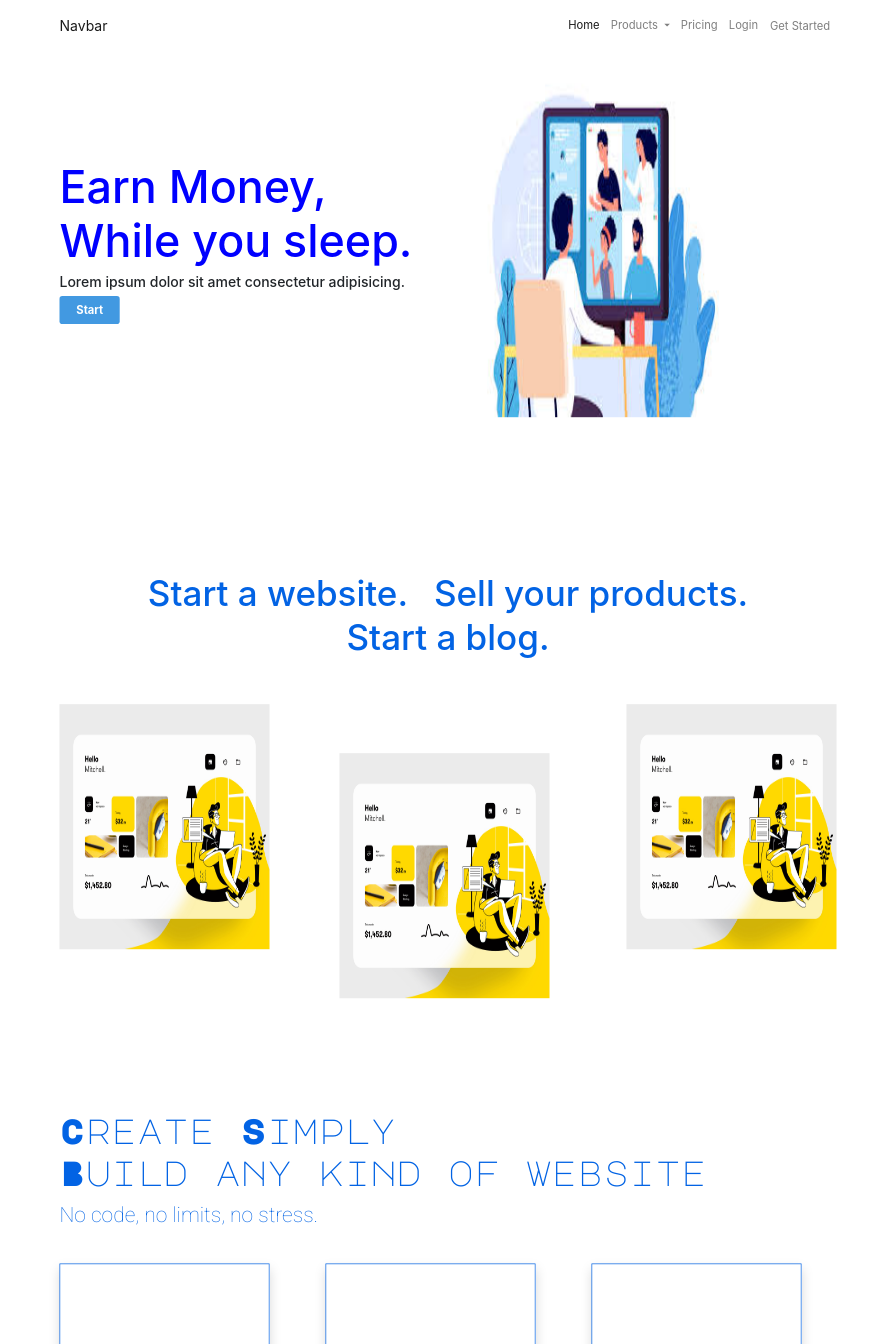
Repository: latenightsnacc/Static-Web-Projects
Page: Dunno Yet/index.html
The author's editor kept a copy of each file at every save. The page is drawn from the files as they stood at one save, then again after the next save.
The browser window is 1280 px wide. The pictures show the part of the page from y = 0 to 1920 px (the page is 4769 px tall), at 70% of full size.
The style sheet was rebuilt from its Sass, Less or Tailwind sources for each picture, by a compiler version that may differ from the author's.

Above is the page before, as saved 2020-11-11 11:29:30.

After the next save:
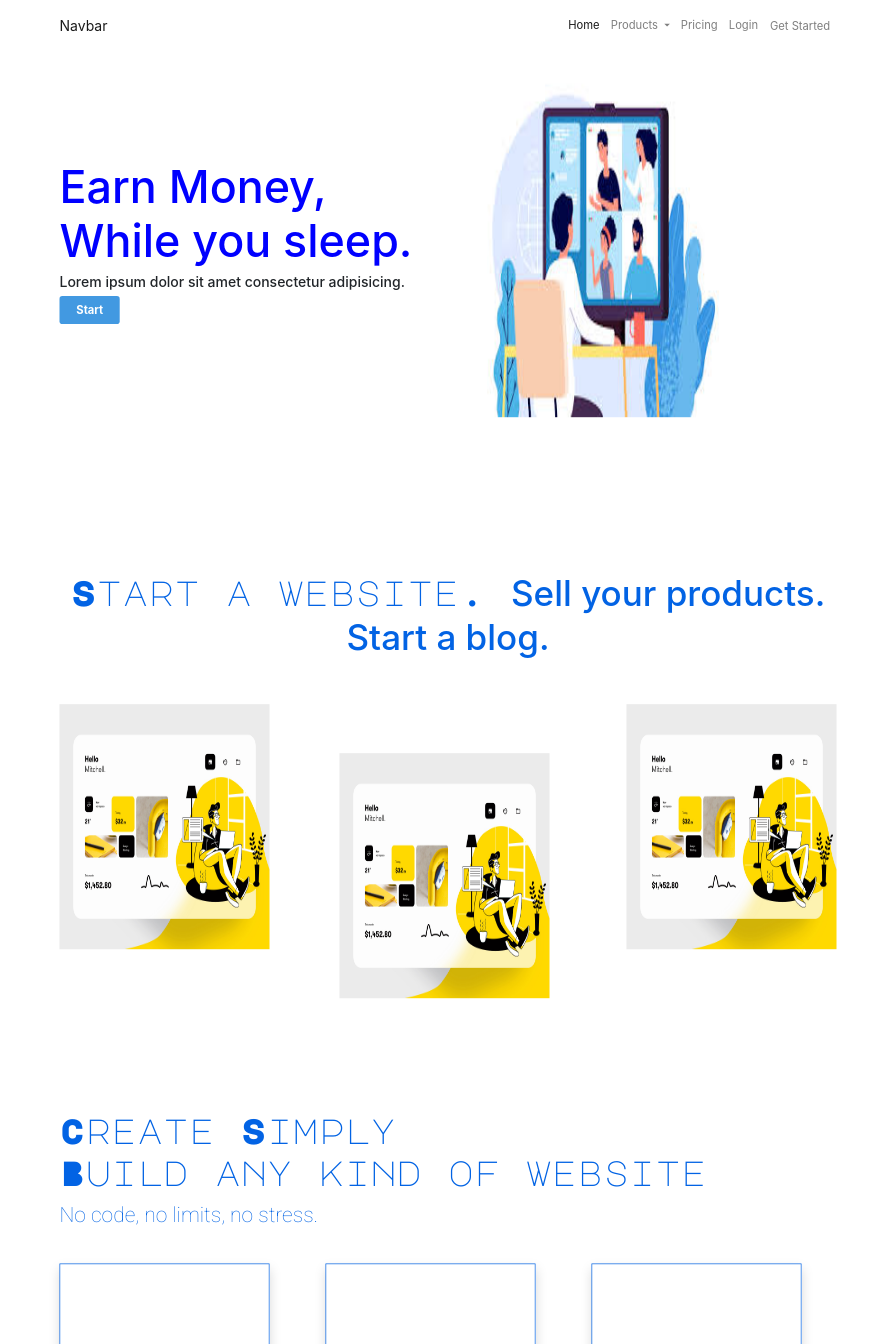
Saved 61 s later.
--- a/Dunno Yet/index.html
+++ b/Dunno Yet/index.html
@@ -88,7 +88,7 @@
         <div class="container">
             <div class="absolute-box">
                 <div class="title-box text-center mb-5">
-                    <h2 class="section-title pb-5"><span class="">Start a website.</span> <span class="color">Sell your products.</span><br/><span class="hi">Start a blog.</span> </h2>
+                    <h2 class="section-title pb-5"><span class="section-title">Start a website.</span> <span class="color">Sell your products.</span><br/><span class="hi">Start a blog.</span> </h2>
                 </div>
                 <div class="images">
                     <div class="img-1 ">
